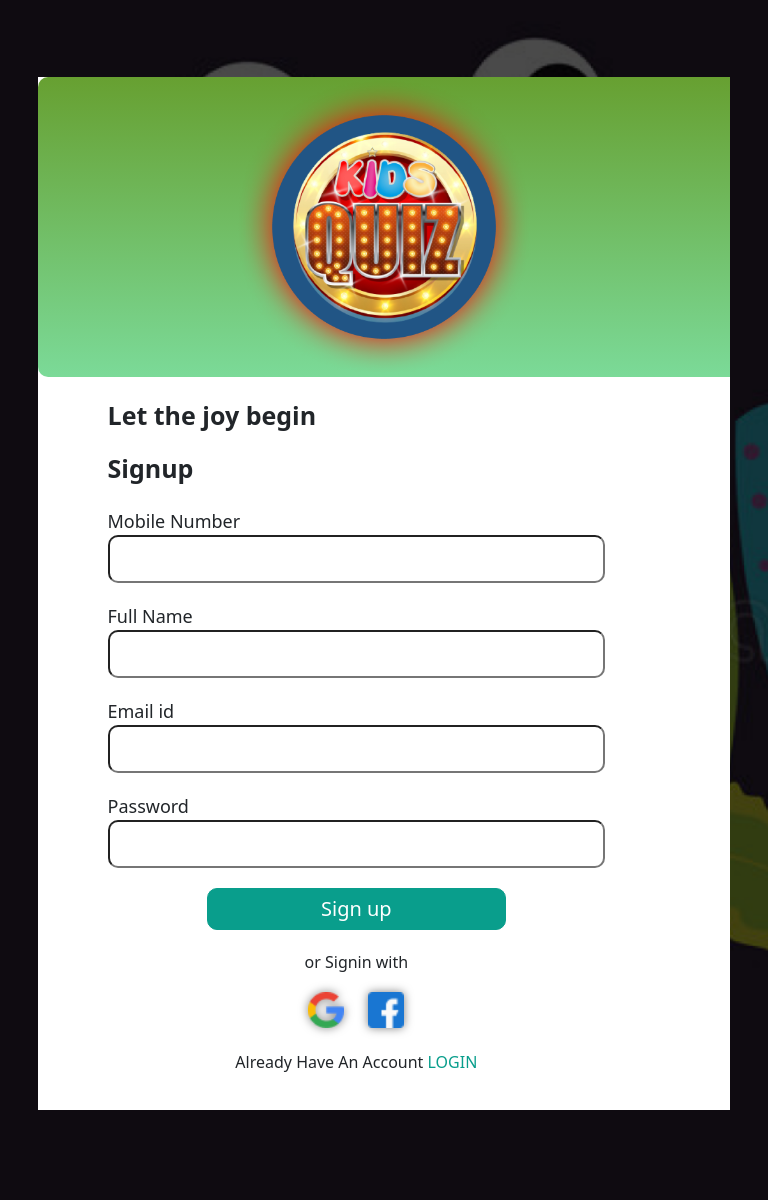
Repository: FlyweisReact/JaspalQuizApp
Page: /signup
The author's editor kept a copy of each file at every save. The page is drawn from the files as they stood at one save, then again after the next save.
The browser window is 768 px wide. The pictures show the whole page.
Some web libraries are served in a nearby version. The project was rebuilt for these pictures with package versions that can differ from the ones it lists, and the page was loaded fresh each time. Also part of the build but not shown: src/Components/Navbar.css, src/Components/Privacy.jsx, src/Components/Navbar.js, src/Screens/Activity.js, src/Screens/Categories.js, src/Screens/Events.js, src/Screens/FifthScreen.js, src/Screens/Form/ForgotPassword.js and 17 more.

Above is the page before, as saved 2023-03-24 18:31:11.

After the next save:
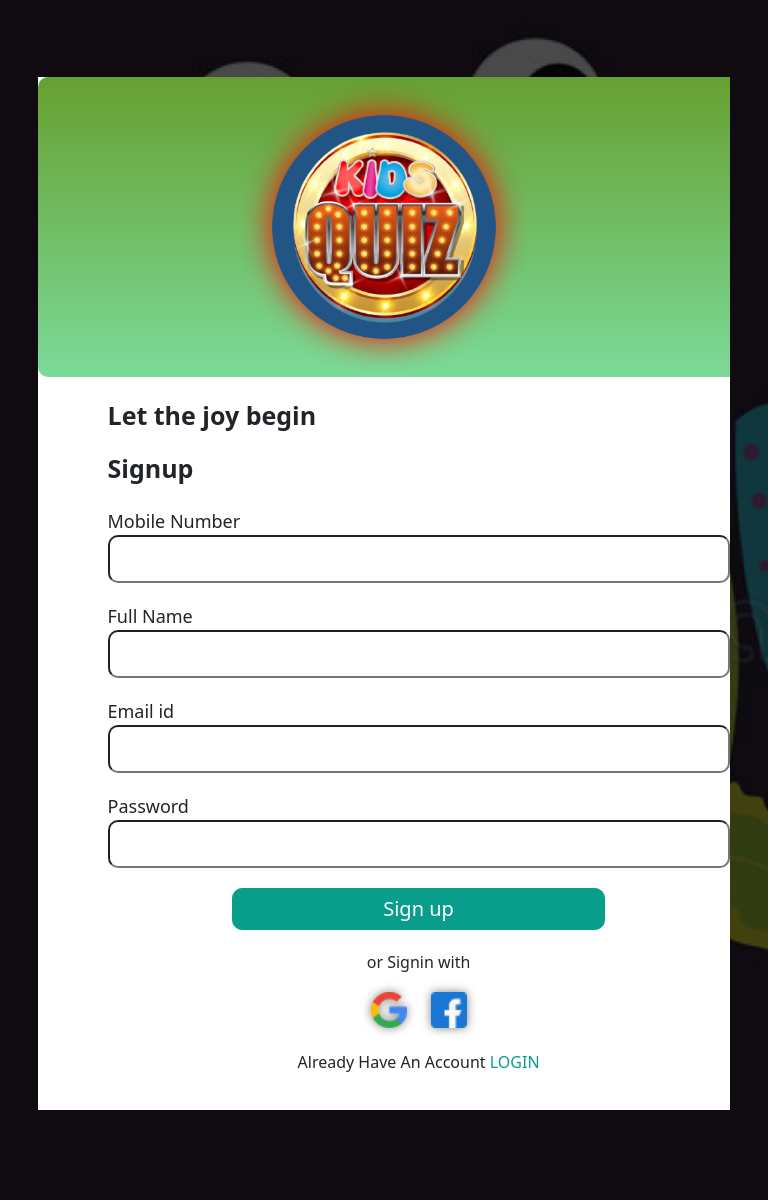
Saved 8 s later.
--- a/src/index.css
+++ b/src/index.css
@@ -1008,5 +1008,7 @@
     padding-bottom: 20px;
     background-color: #fff;
   }
-  .SinginForm
-}
+  .SinginForm .right form{
+    width: 100%;
+  }
+}

After the 3 saves that followed:
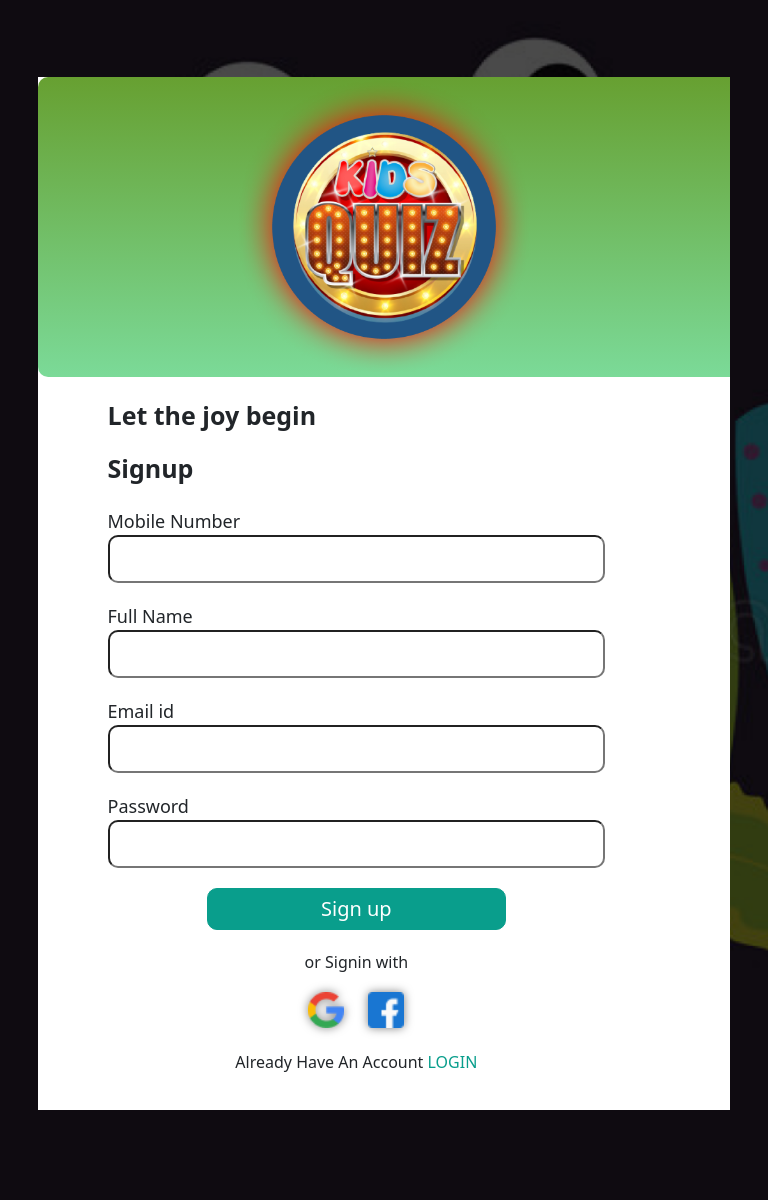
The 3 saves are shown as one change because 1 left the picture as it was and some came seconds apart.
The last was saved 13 s later.
--- a/src/index.css
+++ b/src/index.css
@@ -1004,11 +1004,11 @@
     width: 100%;
   }
   .SinginForm .right{
-    width: 100%;
+    width: 100%  !important;
     padding-bottom: 20px;
     background-color: #fff;
   }
   .SinginForm .right form{
-    width: 100%;
+    width: 80%;
   }
 }
